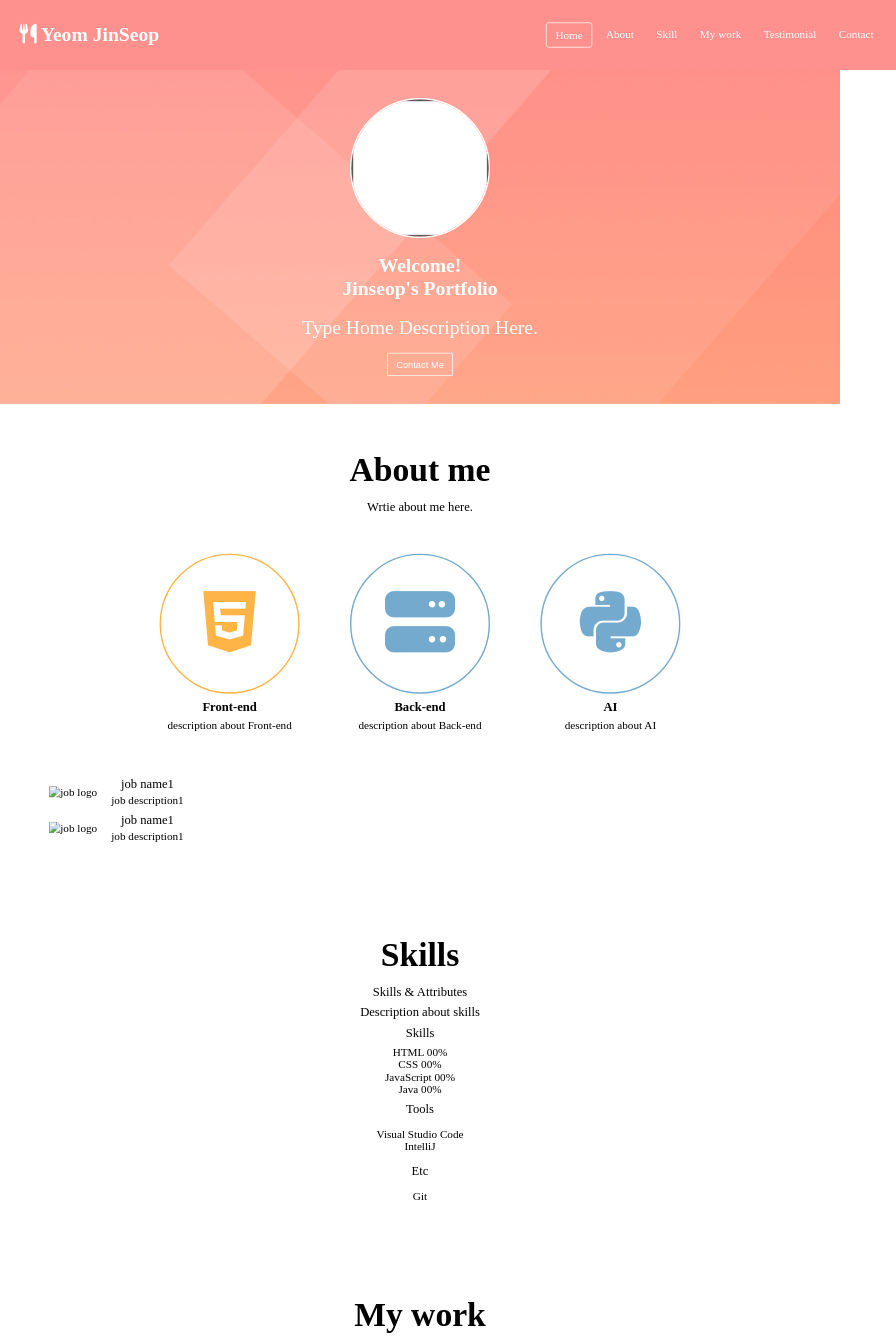
Repository: YEOMJINSEOP/yeomjinseop.github.io
Page: index.html
These files come from the project's save history. The page is drawn as it stood at one moment and after the next save; the edit follows.
The browser window is 1280 px wide. The pictures show the part of the page from y = 0 to 1920 px (the page is 2933 px tall), at 70% of full size.
The pointer rests on the first visible `.major__icon`.
Some web libraries are served in a nearby version.

Above is the page before, as saved 2022-08-14 14:15:54.

After the next save:
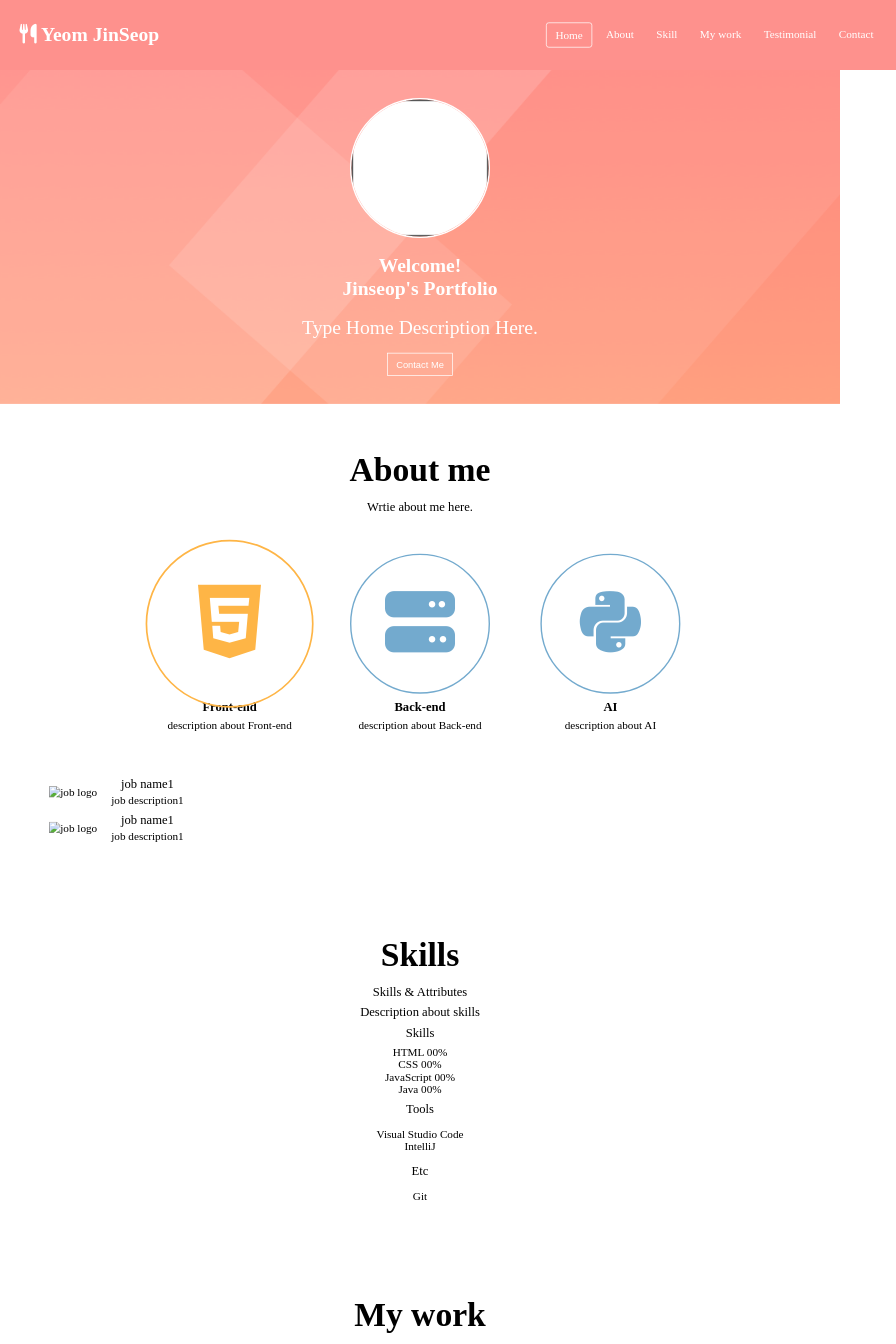
Saved 12 s later.
--- a/style.css
+++ b/style.css
@@ -201,7 +201,7 @@
 .major__icon:hover{
   color: var(--color-orange);
   border-color: var(--color-orange);
-  transform: scale3d(10);
+  transform: scale(120%);
 }
 
 
